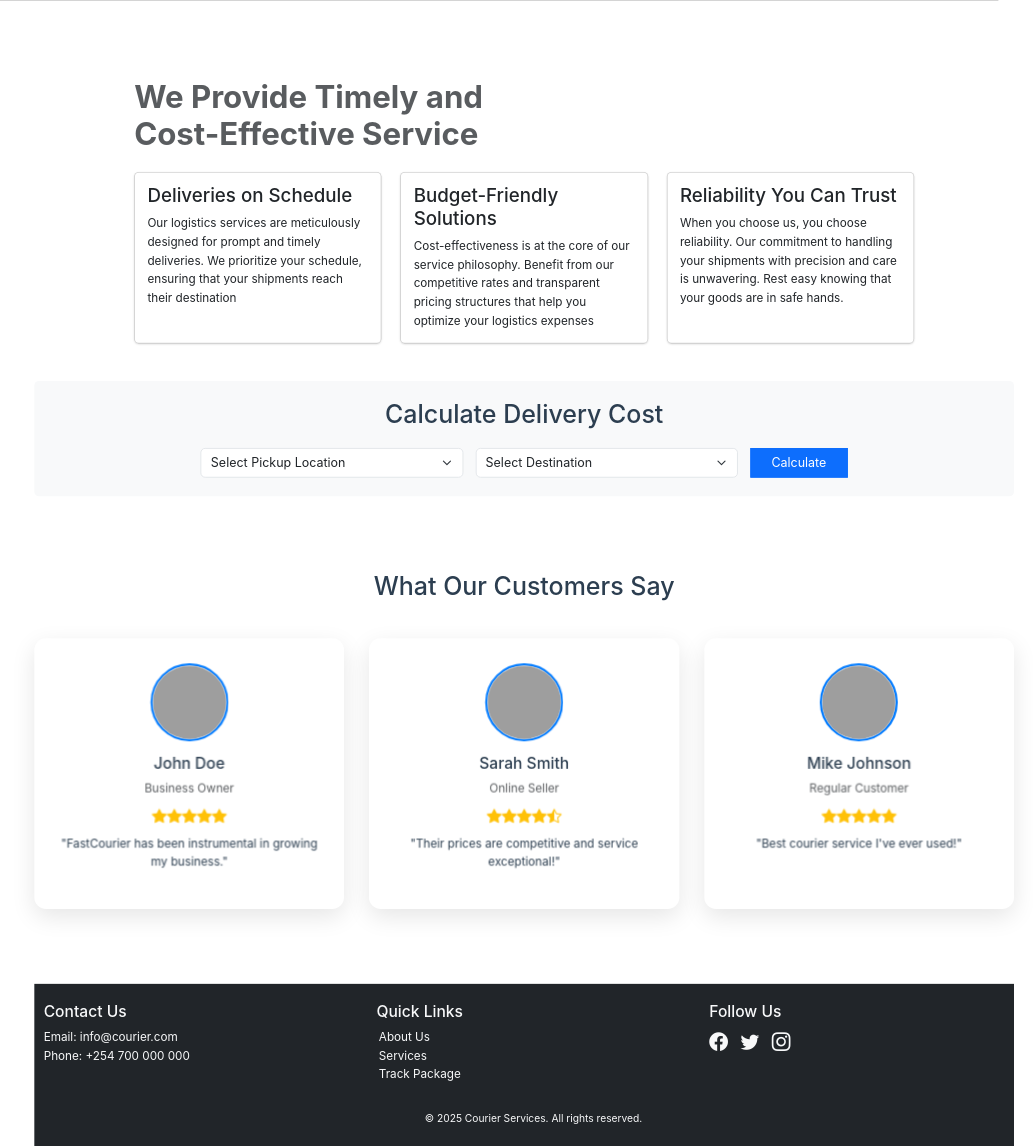
Repository: stancillous/package-yangu-logistics
Page: /
The author's editor kept a copy of each file at every save. The page is drawn from the files as they stood at one save, then again after a run of saves.
The browser window is 1280 px wide. The page is 1324 px wide, so the pictures cover 1324 px, including what lies to the right of the window. The pictures show the part of the page from y = 676 to 2145 px (the page is 2145 px tall), at 78% of full size.
Pictures or frames that could not be fetched are drawn as grey boxes. The project was rebuilt for these pictures with package versions that can differ from the ones it lists, and the page was loaded fresh each time. Also part of the build but not shown: vite.config.ts.

Above is the page before, as saved 2025-01-31 14:16:01.

After the next 2 saves:
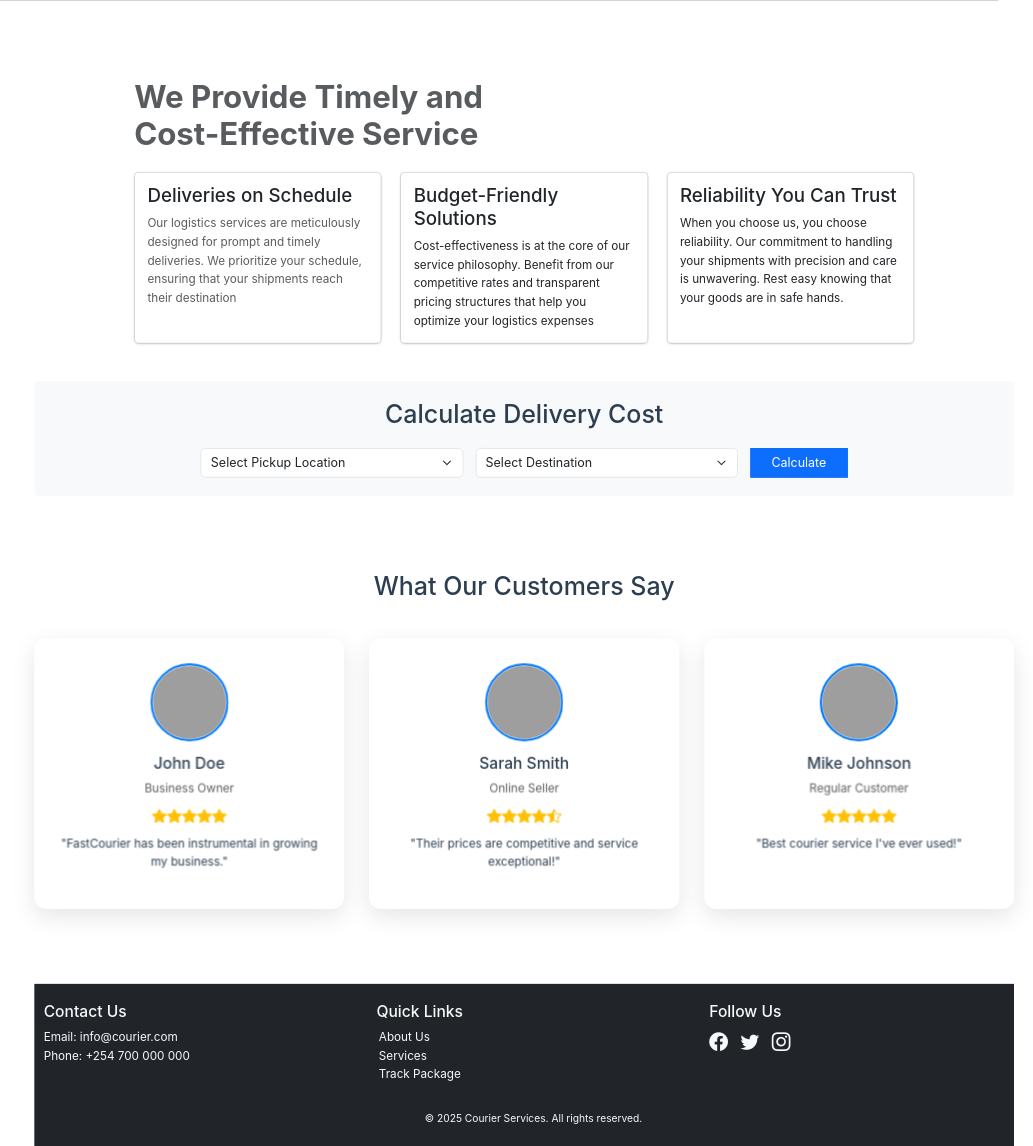
The 2 saves are shown as one change because they came seconds apart.
The last was saved 9 s later.
--- a/src/views/Index.vue
+++ b/src/views/Index.vue
@@ -42,7 +42,7 @@
                 <div class="card-body">
                   <!-- <i class="bi bi-truck fs-1 text-primary mb-3"></i> -->
                   <h4 class="card-title">Deliveries on Schedule</h4>
-                  <p class="card-text">Our logistics services are meticulously designed for prompt and timely deliveries. We prioritize your schedule, ensuring that your shipments reach their destination</p>
+                  <p class="card-text text-muted">Our logistics services are meticulously designed for prompt and timely deliveries. We prioritize your schedule, ensuring that your shipments reach their destination</p>
                 </div>
               </div>
             </div>
